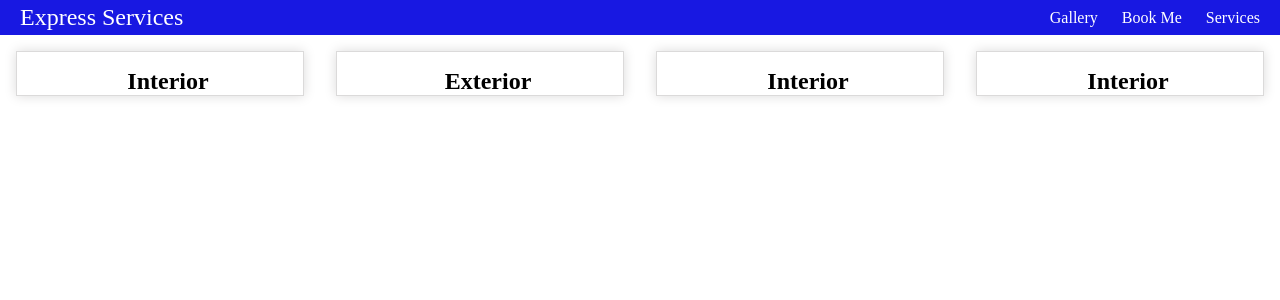
Repository: DrummerDee/mir-miami
Page: /Services (app in mr-miami/)
These files come from the project's save history. The page is drawn as it stood at one moment and after the next save; the edit follows.
The browser window is 1280 px wide. The pictures show the whole page.
The project was rebuilt for these pictures with package versions that can differ from the ones it lists, and the page was loaded fresh each time. Also part of the build but not shown: mr-miami/src/Styles/App.css, mr-miami/src/Components/Homepage.js, mr-miami/src/Components/Gallery.js, mr-miami/src/Styles/Calendar.css, mr-miami/src/Components/Times.js, mr-miami/src/Components/Time.js, mr-miami/src/Components/BookMe.js.

Above is the page before, as saved 2022-08-26 22:50:34.

### mr-miami/public/index.html
<!DOCTYPE html>
<html lang="en">
  <head>
    <meta charset="utf-8" />
    <link rel="icon" href="%PUBLIC_URL%/favicon.ico" />
    <meta name="viewport" content="width=device-width, initial-scale=1" />
    <meta name="theme-color" content="#000000" />
    <meta
      name="description"
      content="Web site created using create-react-app"
    />
    <link rel="apple-touch-icon" href="%PUBLIC_URL%/logo192.png" />
    <!--
      manifest.json provides metadata used when your web app is installed on a
      user's mobile device or desktop. See https://developers.google.com/web/fundamentals/web-app-manifest/
    -->
    <link rel="manifest" href="%PUBLIC_URL%/manifest.json" />
    <!--
      Notice the use of %PUBLIC_URL% in the tags above.
      It will be replaced with the URL of the `public` folder during the build.
      Only files inside the `public` folder can be referenced from the HTML.

      Unlike "/favicon.ico" or "favicon.ico", "%PUBLIC_URL%/favicon.ico" will
      work correctly both with client-side routing and a non-root public URL.
      Learn how to configure a non-root public URL by running `npm run build`.
    -->
    <title>Exotic Express Services</title>
  </head>
  <body>
    <noscript>You need to enable JavaScript to run this app.</noscript>
    <div id="root"></div>
    <!--
      This HTML file is a template.
      If you open it directly in the browser, you will see an empty page.

      You can add webfonts, meta tags, or analytics to this file.
      The build step will place the bundled scripts into the <body> tag.

      To begin the development, run `npm start` or `yarn start`.
      To create a production bundle, use `npm run build` or `yarn build`.
    -->
  </body>
</html>

### mr-miami/src/App.js
import './Styles/App.css';
import { BrowserRouter as Router, Routes, Route } from "react-router-dom";
import Navbar from "./Components/Navbar";
import Services from "./Components/Services";
import Homepage from "./Components/Homepage";
import Gallery from "./Components/Gallery";
import BookMe from "./Components/BookMe";




function App() {
  return (
    <Router>
      <Navbar />
      <Routes>
        <Route path="/" element={<Homepage />} />
        <Route path="/Gallery" element={<Gallery />} />
        <Route path="/Services" element={<Services />} />
        <Route path="/BookMe" element={<BookMe />} />
      </Routes>
    </Router>
  );
}

export default App;

### mr-miami/src/Components/Navbar.js
import {Link } from 'react-router-dom'; //put this on every single routing page


// This isn't a homepage, just functionality for Navbar in the homepage
const Navbar = () => {
  return (
      <nav className="nav">
        <Link className="Home" to="/"> Express Services </Link>
        <ul>
          <li><Link to="/Gallery">Gallery</Link></li>
          <li><Link to="/BookMe">Book Me</Link></li>
          <li><Link to="/Services">Services</Link></li>
        </ul>
      </nav>
  );
}
export default Navbar;

### mr-miami/src/Components/Services.js
import React from "react";
import Lawn from '../Assets/lawmow.jpeg';
import Tile from '../Assets/tile.jpeg';
import '../Styles/Services.css'

function Services() {
    return (
        <main className="servicesBody">
                <div className = 'container' >
                    <h2> Interior</h2>
            </div>
             <div className='container'>
                    <h2> Exterior</h2>
            </div>
            <div className = 'container' >
                    <h2> Interior</h2>
            </div>
            <div className = 'container' >
                    <h2> Interior</h2>
            </div>
        </main>
    )
}
export default Services

### mr-miami/src/Styles/Services.css
.servicesBody{
    display: flex;
    justify-content: center;
    align-content: center;
    align-items: center;
    flex-direction: row;
}
  .container{
      border: 0.1rem solid rgb(219, 218, 218);
      display: flex;
      width: 100%;
      height: 100%;
      align-items: center;
      justify-content: center;
      box-shadow: 0 0 0.7rem 0 rgb(219, 218, 218);
      color: black;
  }
.image{
    height: 50%;
    width: 100%;
}

### mr-miami/src/Styles/Homepage.css
*{
    box-sizing: border-box;
    margin: 0;
    padding: 0;
  }

.homeBody{
    position: relative;
    height: 95vh;
    overflow: hidden;
    overflow-y: hidden;
  }
  .nav{
    background-color: rgb(24, 24, 226);
    color: white;
    display: flex;
    justify-content: space-between;
    align-items: stretch;
    gap: 2rem;
    padding: 0 1rem;
  }
  .nav ul{
    padding: 0%;
    margin: 0;
    list-style: none;
    display: flex;
    gap: 1rem;
  }
  .Home{
    font-size: 1.5rem;
  }
  .nav a {
    display: flex;
    align-items: center;
    color: inherit;
    text-decoration: none;
    height: 100%;
    padding: 0.25rem;
  }
  .nav li:hover{
    background-color: rgb(68, 68, 247);
    transition: all 0.3s ease-out;
    padding: 0.25rem;
  }
    .home{
      display: flex;
      flex-direction: column;
      justify-content: center;
      align-items:center;
    }
  .homeBody .text {
      background-image: url('../Assets/background.png');
      background-repeat: no-repeat;
      background-size: cover;
      height: 100vh;
      color: white;
      display: flex;
      flex-direction: column;
      align-items: center;
      font-weight: 300;
    }
  .homeBody .text .homeMainText{
      color: white;
      border-top: 0.4rem solid black;
      border-bottom : 0.4rem solid black;
      font-size: 5rem;
      padding: 0.5rem 0 0.5rem 0;
      margin-top: 6.5rem;
    }
  .homeBody .text > h3{
      font-size: 1.2rem;
      padding-top:2rem;
    }
    .homeBody .text > h4 {
      font-size: 1.5rem;
      margin: 0;
    }
    .homeBody .text > p {
      margin-top: 15rem;
      font-size: 1.5rem;
      font-weight: 600;
    }

### mr-miami/src/Styles/Times.css
.Modal, .Overlay {
    width: 100vw;
    height: 100vh;
    top: 0;
    left: 0;
    right: 0;
    bottom: 0;
    position: fixed;
}
.container{
    width: 100%;
    display: flex;
    flex-direction: column;
    height: 72%;
    overflow: hidden;
    gap: 0.5rem;
    padding: 1rem 0 0 1rem;
    margin: 1rem 1rem 0 1rem;
    overflow: auto;
    justify-content: center;
}
.times{
    display: column;
    flex-wrap: wrap;
    width: 45%;
    box-shadow: 0 0.1rem 0.2rem rgb(#888888,0.3);
}
.Overlay {
    background: rgba(49,49,49,0.8);
}
.Content {
    position: absolute;
    top: 50%;
    left: 50%;
    transform: translate(-50%, -50%);
    background: #f1f1f1;
    height: 88%;
    border-radius: 3px;
    border: 0.3rem solid rgba(49,49,49,0.8);
    overflow: hidden;
    display: flex;
    justify-content: center;
}

.Close {
    position: absolute;
    top: 10px;
    right: 10px;
    padding: 5px 7px;
    cursor: pointer;
}

.container > div {
    height: 12%;
    width: 40%;
    margin-left: 10rem;
    display: flex;
    flex-direction: column;
}
.container > div > button{
   background-color:  rgb(196, 196, 198);
   border-radius: 0.3rem;
   padding: 0.3rem 0.5rem 0.3rem 0.5rem ;
   border-radius: 0.4rem;
   display: flex;
   justify-content: center;
   align-items: center;
}
.container > div > button:hover{
background-color: #3a54c9;
transition: all 0.3s;
color: #FFF;
cursor: pointer;
}
.text{
    width: 100%;
    height: 6%;
    text-align: center;
    font-size: 1.3rem;
    font-weight: 500;
    margin-bottom: 0.5rem;
}
#confirm{
    padding: 0.8rem 1rem 0.8rem 1rem;
    border-radius: 0.8rem;
    background-color:  rgb(196, 196, 198);
    position: fixed;
    margin-top: 0.5rem;
    top: 33rem;
}
#confirm a {
    color: black;
    text-decoration: none;
}
#confirm:hover{
    background-color: #3a54c9;
    transition: all 0.3s;
    color: #FFF;
    cursor: pointer;
}

Loaded but not shown: mr-miami/src/index.js (common file); mr-miami/src/reportWebVitals.js (common file)

After the next save:
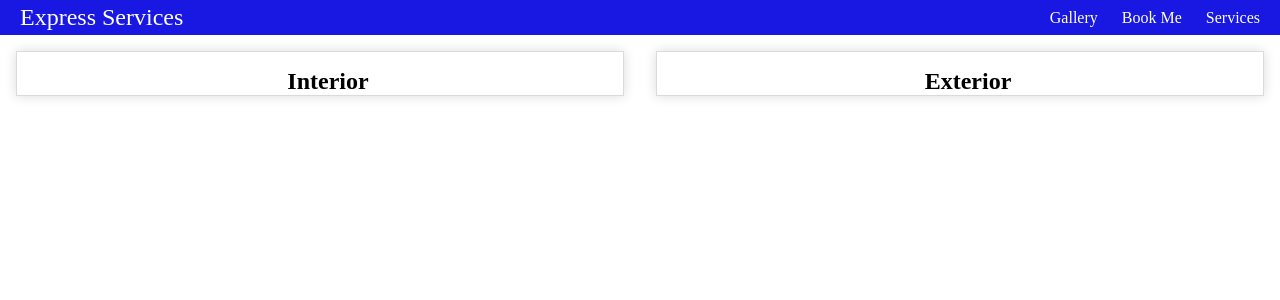
Saved 26 s later.
--- a/mr-miami/src/Components/Services.js
+++ b/mr-miami/src/Components/Services.js
@@ -12,12 +12,6 @@
              <div className='container'>
                     <h2> Exterior</h2>
             </div>
-            <div className = 'container' >
-                    <h2> Interior</h2>
-            </div>
-            <div className = 'container' >
-                    <h2> Interior</h2>
-            </div>
         </main>
     )
 }
